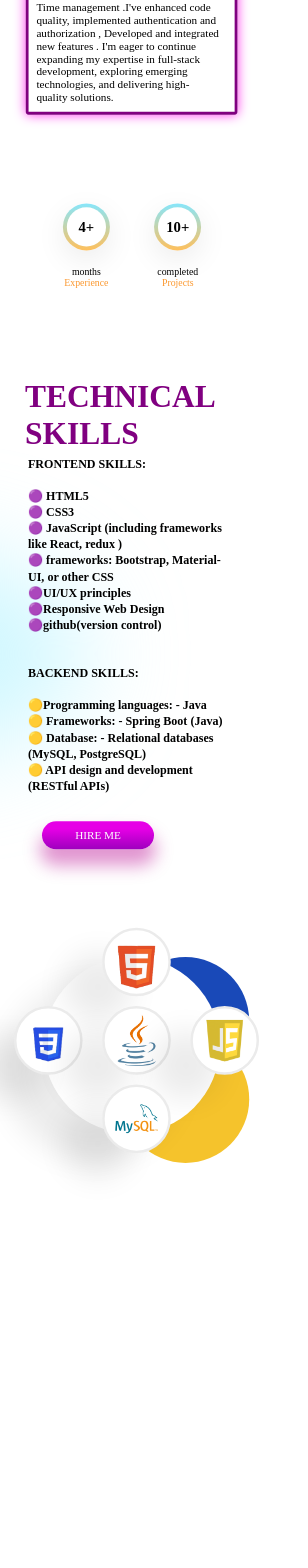
Repository: glorysandy/Protfolio
Page: /
An editor plug-in stored every save of this project. The page is shown before and after a run of saves, followed by the edit.
The browser window is 375 px wide. The page is 440 px wide, so the pictures cover 440 px, including what lies to the right of the window. The pictures show the part of the page from y = 1916 to 4156 px (the page is 7463 px tall before and 7423 px after), at 70% of full size.
Some web fonts or font styles are not loaded; a fallback is used. The project was rebuilt for these pictures with package versions that can differ from the ones it lists, and the page was loaded fresh each time. Imported but missing from the stored project, and not drawn on this page: src/components/Services/SANDHIYA.P (RESUME).pdf.

Above is the page before, as saved 2024-10-17 16:13:39.

### public/index.html
<!DOCTYPE html>
<html lang="en">
  <head>
    <meta charset="utf-8" />
    <link rel="icon" href="%PUBLIC_URL%/favicon.ico" />
    <meta name="viewport" content="width=device-width, initial-scale=1" />
    <meta name="theme-color" content="#000000" />
    <meta
      name="description"
      content="Web site created using create-react-app"
    />
    <style>
      @font-face{
        font-family: Gumela;
        src:url('../src/fonts/*');
      }
      *{
        font-family: 'Gumela';
        font-weight:normal ;
        font-size: 20px;

      }
      body{
        margin: 0;
      }
    </style>
    <link rel="apple-touch-icon" href="%PUBLIC_URL%/logo192.png" />
    <!--
      manifest.json provides metadata used when your web app is installed on a
      user's mobile device or desktop. See https://developers.google.com/web/fundamentals/web-app-manifest/
    -->
    <link rel="manifest" href="%PUBLIC_URL%/manifest.json" />
    <!--
      Notice the use of %PUBLIC_URL% in the tags above.
      It will be replaced with the URL of the `public` folder during the build.
      Only files inside the `public` folder can be referenced from the HTML.

      Unlike "/favicon.ico" or "favicon.ico", "%PUBLIC_URL%/favicon.ico" will
      work correctly both with client-side routing and a non-root public URL.
      Learn how to configure a non-root public URL by running `npm run build`.
    -->
    <title>React App</title>
  </head>
  <body>
    <noscript>You need to enable JavaScript to run this app.</noscript>
    <div id="root"></div>
    <!--
      This HTML file is a template.
      If you open it directly in the browser, you will see an empty page.

      You can add webfonts, meta tags, or analytics to this file.
      The build step will place the bundled scripts into the <body> tag.

      To begin the development, run `npm start` or `yarn start`.
      To create a production bundle, use `npm run build` or `yarn build`.
    -->
  </body>
</html>

### src/components/Navbar/Navbar.jsx
import React from "react";
import Toggle from "../Toggle/Toggle";
import "./Navbar.css";
import { Link } from "react-scroll";
const navbar = () => {
  return (
    <div className="n-wrapper" id="Navbar">
      {/* left */}
      <div className="n-left">
        <div className="n-name">MODE</div>
        <Toggle />
      </div>
      {/* right */}
      <div className="n-right">
        <div className="n-list">
          <ul style={{ listStyleType: "none" }}>
            <li>
              <Link activeClass="active" to="Navbar" spy={true} smooth={true}>
                HOME
              </Link>
            </li>
            <li>
              <Link to="testimonial" spy={true} smooth={true}>
                ABOUT
              </Link>
            </li>
            <li>
              <Link to="works" spy={true} smooth={true}>
                SKILLS
              </Link>
            </li>
            <li>
              <Link to="portfolio" spy={true} smooth={true}>
                PROJECTS
              </Link>
            </li>
            <li>
              <Link to=" services" spy={true} smooth={true}>
                RESUME
              </Link>
            </li>
          </ul>
        </div>
        <Link to="contact" spy={true} smooth={true}>
        <button className="button n-button">CONTACT</button>
        </Link>
      </div>
    </div>
  );
};

export default navbar;

### src/components/Testimonials/Testimonial.jsx
import React from "react";
import "./Testimonial.css";
import back from  "../../img/Hand coding-rafiki.png";
import { width } from "@fortawesome/free-brands-svg-icons/fa42Group";
const Testimonial = () => {

  return (
    <div className="t-wrapper" id="testimonial">
      <div className="t-heading" style={{marginLeft:"95vh" ,marginTop:"35vh"}}>
        <span>ABOUT </span>
        <span>ME </span>
      <div className="blur t-blur1" style={{ background: "var(--purple)" }}></div>
      <div className="blur t-blur2" style={{ background: "skyblue" }}></div>
      <div className="blur t-blur3" style={{ background: "voilet" }}></div>
       <div className="t-back"  >
       <img
          src={back}
          alt=""
        />
</div> <div className="t-sen" style={{fontSize:"1.6rem",fontWeight: "7rem",  position: "absolute", marginTop: "-100vh" ,marginLeft: "-48px",marginRight: "18px"
}}> <span>As a Full Stack Developer with 4 months of experience, I've   successfully completed 10+ projects , leveraging Front-end:  HTML/CSS (structure, styling), JavaScript , React (frameworks) ,Bootstrap, Material-UI (UI libraries), Responsive web design, Git (version control)
, Back-end:java (programming language),Database management ( MySQL). I've developed my soft skills like Team collaboration , Adaptability, Time management .I've enhanced code quality, implemented authentication   and authorization
,  Developed and integrated new features
. I'm eager to continue expanding my expertise in full-stack development, exploring emerging technologies, and delivering high-quality solutions.</span></div> </div>

<div className="head"> <span> ABOUT ME</span></div>

    <div className="dup">
    <span>As a Full Stack Developer with 4 months of experience, I've   successfully completed 10+ projects , leveraging Front-end:  HTML/CSS (structure, styling), JavaScript , React (frameworks) ,Bootstrap, Material-UI (UI libraries), Responsive web design, Git (version control)
, Back-end:java (programming language),Database management ( MySQL). I've developed my soft skills like Team collaboration , Adaptability, Time management .I've enhanced code quality, implemented authentication   and authorization
,  Developed and integrated new features
. I'm eager to continue expanding my expertise in full-stack development, exploring emerging technologies, and delivering high-quality solutions.</span>


      </div>

       </div>

  );
};

export default Testimonial;

### src/components/Experience/Experience.jsx
import React, { useContext } from "react";
import { themeContext } from "../../Context";
import "./Experience.css";
const Experience = () => {
  const theme = useContext(themeContext);
  const darkMode = theme.state.darkMode;

  return (
    <div className="experience" id='experience'>
      <div className="achievement">
        {/* darkMode */}
        <div className="circle" style={{color: darkMode?'var(--orange)':''}}>4+</div>
        <span  style={{color: darkMode?'white':''}}>months </span>
        <span>Experience</span>
      </div>
      <div className="achievement">
        <div className="circle" style={{color: darkMode?'var(--orange)':''}}>10+</div>
        <span  style={{color: darkMode?'white':''}}>completed </span>
        <span>Projects</span>
      </div>
    </div>
  );
};

export default Experience;

### src/components/Portfolio/Portfolio.jsx
import React, { useContext } from "react";
import "./Portfolio.css";
import { Swiper, SwiperSlide } from "swiper/react"
import "swiper/css";
import pro from "../../img/pro 1 copy.jpg";
import pro2 from "../../img/pro2.jpg";
import HOC from "../../img/hoc.png";
import pro3 from "../../img/pro3.jpg";
import { themeContext } from "../../Context";

const Portfolio = () => {
  const theme = useContext(themeContext);
  const config ={
    social:{
      pro1:'https://project-1-nerolac.vercel.app/',
      pro2:'https://rock-paper-scissors-phi-puce.vercel.app/',
      pro3:'https://sliding-puzzle-jade.vercel.app/',
    }
}

  const darkMode = theme.state.darkMode;
  return (
    <div className="portfolio" id="portfolio">
            <div className="blur t-blur2" style={{ background: "skyblue" }}></div>
      <div className="blur t-blur2" style={{ background: "voilet" }}></div>

      {/* heading */}
      <span style={{color: darkMode?'white': ''}}>Recent Projects</span>
      <span>Portfolio</span>



      {/* slider */}
      <Swiper
        spaceBetween={30}
        slidesPerView={3}
        grabCursor={true}
        className="portfolio-slider"
      ><div className="silde">


        <SwiperSlide>
          <div >
       <a href={config.social.pro1}  ><img src={pro} alt="" /></a>
          </div>
        </SwiperSlide>
        <SwiperSlide>
          <div>
          <a href={config.social.pro2}  ><img src={pro2} alt="" /></a>
          </div>
        </SwiperSlide>
        <SwiperSlide>
        <div>
        <a href={config.social.pro3}  ><img src={pro3} alt="" /></a>
        </div>
        </SwiperSlide>
        <SwiperSlide>
          <div>

          </div>
          <img src={HOC} alt="" />
        </SwiperSlide></div>
      </Swiper>

    </div>
  );
};

export default Portfolio;

### src/components/Contact/Contact.jsx
import React, { useContext, useRef, useState } from "react";
import "./Contact.css";
import emailjs from '@emailjs/browser';
import { themeContext } from "../../Context";

const Contact = () => {
  const theme = useContext(themeContext);
  const darkMode = theme.state.darkMode;
  const form = useRef();
  const [done, setDone] = useState(false)
  const sendEmail = (e) => {
    e.preventDefault();

    emailjs
      .sendForm(
        "service_y60teja",
        "template_4kj4n7i",
        form.current,
        "ORKOyUiaYznGkr2zZ"
      )
      .then(
        (result) => {
          console.log(result.text);
          setDone(true);


        },
        (error) => {
          console.log(error.text);
        }
      );
  };

  return (
    <div className="contact-form" id="contact">
      {/* left side copy and paste from work section */}

      <div className="w-left">
        <div className="awesome">
          {/* darkMode */}
          <span style={{color: darkMode?'white': ''}}>Get in Touch</span>
          <span style={{color:"purple"}}>Contact me</span>
          <div
            className="blur s-blur1"
            style={{ background: "#ABF1FF94" }}
          ></div>
        </div>
      </div>
      {/* right side form */}
      <div className="c-right">
      <form ref={form}  onSubmit={sendEmail}>
          <input type="text" name="user_name" className="user"  placeholder="NAME"/>
          <input type="email" name="user_email" className="user" placeholder="EMAIL"/>
          <textarea name="message" className="user" placeholder="MESSAGE"/>
          <input  type="submit" value="Send" className="button"/>
          <span  className="c-t">{done && "Thanks for Contacting me"}</span>  </form>
          <div
            className="blur c-blur1"
            style={{ background: "var(--purple)" }}
          ></div>


      </div>
      </div>

  );
};

export default Contact;

### src/components/Footer/Footer.jsx
import React from "react";
import "./Footer.css";
import Git from "../../img/git3.png";
import ins from "../../img/mylink.png";
import end from "../../img/end.png";
import wave2 from "../../img/AdobeStock_559187959 copy.png";
import { width } from "@fortawesome/free-brands-svg-icons/fa42Group";
const Footer = () => {

  const config ={
    social:{
      Github:'https://github.com/glorysandy',
      LinkedIn:'https://www.linkedin.com/in/sandhiya-parasuraman-822719298/',

    }
}


  return (
    <div className="footer">
     <img src={wave2} alt="" style={{ width: "100%", height: "80%",  marginTop:"-2vh"}} />

     <div className="blur t-blur1" style={{ background: "var(--purple)" }}></div>
      <div className="blur t-blur2" style={{ background: "var(--purple)" }}></div>
      <div className="f-content"  >
        <div>        <span > EMAIL ID: samuve0842@gmail.com</span> <br></br> <br></br> <br></br>
        <span>PHONE NO: 9043545860</span>
        </div>
        <div className="f-back"  >
       <img
          src={end}
          alt=""
        />
        </div>

        <div className="f-icons" >

          <a href={config.social.LinkedIn} ><img src={ins} alt="" /></a>
          <a href={config.social.Github}><img src={Git} alt=""/></a>
        </div>

      </div>
      </div>
  );
};

export default Footer;

### src/components/Toggle/Toggle.jsx
import React, { useContext } from "react";
import "./Toggle.css";
import Moon from "@iconscout/react-unicons/icons/uil-moon";
import Sun from "@iconscout/react-unicons/icons/uil-sun";
import { themeContext } from "../../Context";

const Toggle = () => {
  const theme = useContext(themeContext);
  const darkMode = theme.state.darkMode;
  const handleClick = () => {
    // debugger
    theme.dispatch({ type: "toggle" });
  };
  return (
    <div className="toggle" onClick={handleClick}>
      <Moon />
      <Sun />
      {/*                              toggle.css mein left ki property aik assign hy ussy delete
                                          krna hy pehly */}
      <div
        className="t-button"
        style={darkMode ? { left: "2px" } : { right: "2px" }}
      ></div>
    </div>
  );
};

export default Toggle;

### src/components/Navbar/Navbar.css
.n-wrapper {
  height: 10vh;
  display: flex;
  justify-content: space-between;
  margin-bottom: 2rem;
  top: 0;
}
.n-left {
  flex: 1;
  align-items: center;
  justify-content: left;
  display: flex;
  gap: 2rem;

}
.n-name {
  font-size: 1.3rem;
  font-weight: bold;
}
.n-right {
  flex: 1;
  display: flex;
  align-items: center;
  justify-content: flex-end;
  font-weight: 400;

}
.n-right :hover{
  color: rgb(165, 0, 137);


}
.n-list {
  flex: 10;
}
.n-list > ul {
  display: flex;
  gap: 2rem;
  margin-right: 4rem;
}

.n-list > ul :hover {
  color: var(--orange);
  cursor: pointer;


}

.n-button {
  flex: 2;

}

@media screen and (max-width: 480px) {
  .n-list {
    display: none;
  }
}

### src/components/Intro/Intro.css
.Intro {
  display: flex;
  height: 77vh;
  margin-top: 6rem;
}

/* left side styling */
.i-left {
  display: flex;
  position: relative;
  flex: 1;
  flex-direction: column;
  gap: 2rem;
}
.i-name {
  display: flex;
  flex-direction: column;
  gap: 0.25rem;
}
.i-name > :nth-child(1) {
  color: rgb(243, 188, 6);
  font-weight: bold;
  font-size: 3rem;
}
.i-name > :nth-child(2) {
  color: rgb(136, 7, 136);

  font-weight: bold;
  font-size: 2.9rem;
}
.i-name > :nth-child(3) {
  font-weight: 100;
  font-size: 17px;
  color: var(--gray);
  margin-top: 10px;
}
.i-button {
  width: 6rem;
  height: 2rem;

}
.i-button:hover{
  color: rgb(121, 1, 101);
  background-color: rgb(226, 80, 255);
  box-shadow: 0 0 20px rgb(255, 53, 238);

}
.i-icons {
  margin-top: 3rem;
  display: flex;
  gap: 0rem;
}
.i-icons > * {
  transform: scale(0.5);
}
.i-icons > *:hover {
  cursor: pointer;
  color: rgb(121, 1, 101);
  background-color: rgb(226, 80, 255);
  box-shadow: 0 0 20px rgb(255, 53, 238);


}
/* right side styling */
.i-right {
  flex: 1;
  position: relative;
}
.i-right > * {
  position: absolute;
  z-index: 1;
}
.i-right > :nth-child(1) {
  transform: scale(0.69);
  left: -15%;
  top: -9%;
}
.i-right > :nth-child(2) {
  top: -4.6rem;
  transform: scale(0.67);
  left: -3rem;
}
.i-right > :nth-child(3) {
  transform: scale(1.4);
  width: 18rem;
  height: 18rem;
  left: 28%;
}
.i-right > :nth-child(4) {
  transform: scale(0.62);
  top: -19%;
  left: -24%;
  border-radius: 50%;
  padding: 0;
}

/* blur */
.blur {
  position: absolute;
  width: 22rem;
  height: 14rem;
  border-radius: 50%;
  background: #edd0ff;
  filter: blur(212px);
  z-index: -9;
  top: -18%;
  left: 56%;
  filter: blur(72px);
}

@media screen and (max-width: 480px) {
  .Intro {
    flex-direction: column;
    gap: 7rem;
    height: 43rem;
  }

  .i-right {
    transform: scale(0.8);
    left: -3rem;
  }
  .i-right .blur {
    display: none;
  }
  .floating-div:nth-of-type(1){
    /* display: none; */
    top: -7rem !important;;
  }
}

### src/components/Testimonials/Testimonial.css
.t-wrapper{
    padding:  0 3rem 0 3rem;;
    height: 100vh;
    display: flex;
    align-items: center;
    justify-content: center;
    margin-top: 7rem;
    flex-direction: column;
    gap: 2rem;
    position: relative;


}
.t-heading{
    align-self: start;

}
.t-heading>*{
    font-size: 2rem;
    font-weight: bold;

}
.t-heading span:nth-of-type(2){
    color: rgba(170, 0, 170, 0.733);
}
.head{
    margin-left: -90vh;
    margin-top: -1rem;
    font-size: 20vh;
    color: purple;
    font-weight: bold;
    display: none;
}
.t-blur1{
    left: 38rem;
    top: 16rem;
}
.t-blur2{
    top: 9rem;
    left: 0;
}
.t-back{
    display: flex;
    position: relative;
    width: 35rem;
    height:35rem;
    left:-115vh;
    top:-3rem;
}
.t-sen{
font-size:1.6rem;
}
.t-sen:hover{
cursor: pointer;
color: rgb(121, 1, 101);
box-shadow: 0 0 20px rgb(255, 53, 238);
padding: 0.7rem;
border-radius: 5px;
}
.dup{
    display: none;

}
.dup{
    cursor: pointer;
    color: rgb(121, 1, 101);
    box-shadow: 0 0 20px rgb(255, 53, 238);
    padding: 0.7rem;
    border-radius: 5px;

}
@media screen and (max-width: 480px) {

    .t-back{
        flex-direction: column;
        transform: scale(0.6);
        margin-left:  -115px;
        gap:5rem;
        height: 64rem;
        margin-top: -70vh;
        position: relative;
        display: none;
    }
    .head{
        margin-top: 2rem;
        padding: 1rem;
        display: flex;
        margin-left: -20px;
    font-size: 20rem;
    font-weight: bolder;
    }
    .dup  {

        display: flex;
        margin-top: 1px;
        transform: scale(0.8);
        border: 5px solid purple;
        color: black;
        width: 340px;
        justify-content: start;
    }
    .c-t{
        transform: scale(0.7);
        margin-top: -2rem;
    }
}

### src/components/Experience/Experience.css
.experience {
  display: flex;
  align-items: center;
  justify-content: center;
  gap: 5rem;
  height: 30vh;
  margin-bottom: 8rem;
  /* darkmode */
  color: var(--black);
  margin-top: 15vh;
}
.achievement{
    display: flex;
    flex-direction: column;
    align-items: center;
}
.circle {

    width: 4rem;
    height: 4rem;
    background: white;
    border-radius: 100%;
    position: relative;
    display: flex;
    align-items: center;
    justify-content: center;
    font-size: 1.5rem;
    font-weight: bold;
    margin-bottom: 2rem;
}
.circle::before {
    border-radius: 100%;
    content: '';
    background-image: linear-gradient(to bottom, #87e6fb 0%, #ffc05c 100%);
    top: -8px;
    left: -8px;
    bottom: -8px;
    right: -8px;
    position: absolute;
    z-index:-1;
    box-shadow: var(--boxShadow);
}

.achievement span:nth-of-type(2){
    color: var(--orange);
}


@media screen and (max-width: 480px) {
    .experience{
        transform: scale(0.7);
        margin-top: 7rem;
    }
}

### src/components/Works/Works.css
.works {
  padding: 0 3rem 0 3rem;
  display: flex;
  height: 90vh;
  margin-top: -3rem;

  /* scroll */
  align-items: center;
}
/* left side */
.awesome {
  display: flex;
  flex-direction: column;
  position: relative;
}
.tex:hover{
cursor: pointer;
color: rgb(121, 1, 101);
box-shadow: 0 0 20px rgba(255, 147, 246, 0.89);
background-color: rgba(204, 0, 245, 0.068);
padding: 2.2rem;
}
.k-button {

  width: 8rem;
  height: 2rem;
  top: 4rem;
}

/* right side */
.w-right {
  position: relative;
}

.w-mainCircle {
  left: 9rem;
  position: relative;
  width: 18rem;
  height: 18rem;
  border-radius: 100%;
  box-shadow: var(--smboxShadow);
  top: 2rem;
  background: white;
  /* darkMode */
  z-index: 2;
}
.w-mainCircle > * {
  position: absolute;
}
.w-mainCircle > :nth-child(1) {
  top: -3rem;
  left: 6rem;
}
.w-mainCircle > :nth-child(2) {
  left: -3rem;
  top: 5rem;
}
.w-mainCircle > :nth-child(3) {
  left: 6rem;
  top: 5rem;
}
.w-mainCircle > :nth-child(4) {
  left: 15rem;
  top: 5rem;
}
.w-mainCircle > :nth-child(5) {
  left: 6rem;
  top: 13rem;
}
.w-secCircle {
  width: 6.5rem;
  height: 6.5rem;
  position: absolute;
  border-radius: 100%;
  border: 5px solid #ebebeb;
  display: flex;
  align-items: center;
  justify-content: center;
  background: "none";
  box-shadow: var(--smboxShadow);
  background: white;
}

.w-secCircle > img {
  transform: scale(0.6);
}

.w-backCircle {
  position: absolute;
  height: 13rem;
  width: 13rem;
  border-radius: 100%;
  /* darkMode */
  z-index: 1;
}
.blueCircle {
  background: #1949b8;
  left: 18rem;
  top: 0rem;
}
.yellowCircle {
  background: #f5c32c;
  left: 18rem;
  top: 8rem;
}

@media screen and (max-width: 480px) {
  .works {
    flex-direction: column;
  height: 220vh;
    padding: 1rem;
    gap: 5rem;
    position: relative
    ;
    margin-top: -6rem;
  }
  .awesome > :nth-child(2){
    position: relative;
    transform: scale(0.9);

    margin-left: -20px;
  }
 .awesome > :nth-child(3){

  transform: scale(1.0);
font-size: 0.5rem;
display: contents;
margin-left: 5rem;

}
.k-button{
  gap: 1rem;
  margin-top: 2vh;
  margin-left: 1rem;
}
  .w-right {
    display: flex;
    align-items: flex-start;
    justify-content:start;
    transform: scale(0.7);

  }
  .w-mainCircle{
    position: static;
  }
  .w-backCircle{
    left: 8rem!important;
  }

}

### src/components/Portfolio/Portfolio.css
.portfolio {
  display: flex;
  align-items: center;
  justify-content: center;
  flex-direction: column;
  height: 70vh;
margin-top: 3rem;;
}
/* heading */
.portfolio span:nth-of-type(1) {
  color: var(--black);
  font-size: 2rem;
  font-weight: bold;
}

.portfolio span:nth-of-type(2) {
  color: purple;
  font-size: 2.5rem;
  font-weight: bold;
}

/* slider */
.portfolio .swiper{
    overflow: visible!important;
}

.portfolio-slider {
  margin-top: 6rem;
  width: 100%;
}

.portfolio-slider .swiper-slide {
  width: 20rem;
}
.portfolio img {
  width: 19rem;
  filter: drop-shadow(-12px 15px 13px rgba(0, 0, 0, 0.25));
  border-radius: 19px;
}
.slide{
  cursor: pointer;
  background-color: rgb(1, 12, 22);
}
.s-blur2 {
  left: 14rem;
  top: 8rem;
}

.s-blur1 {
  top: 13rem;
  left: -18rem;
}

### src/components/Services/Services.css
.services {
  padding: 0 3rem 0 3rem;
  display: flex;
  height: 30rem;
  margin-bottom: 8rem;
  margin-top: 5rem;
  margin-bottom: 13rem;
  /* scroll view */
  padding-top: 3rem;
}
/* left side */
.awesome {
  display: flex;
  flex-direction: column;
  position: relative;
  /* gap: 20px; */
}

.awesome > :nth-child(1) {
  color: var(--black);
  font-size: 2.5rem;
  font-weight: bold;
}
.awesome > :nth-child(2) {
  color: purple;
  font-size: 2.5rem;
  font-weight: bold;
}
.awesome > :nth-child(3) {
  color: var(--gray);
  font-size: 14px;
  margin-top: 1rem;
}
.s-back{
  display: flex;
  position: relative;
  height: 80vh;
  width: 80vh;
  margin-left: -130px;
  margin-top: -3rem;
}

.s-button {
  width: 10rem;
  height: 2.4rem;
  margin-top: -0.3rem;
font-weight: 600;
}
/* right sided */
.cards {
  position: relative;
  left: 32vh;
}
.cards > * {
  position: absolute;
}

/* blur */
.s-blur2 {
  left: 14rem;
  top: 8rem;
}

.s-blur1 {
  top: 13rem;
  left: -18rem;
}

@media screen and (max-width: 480px) {
  .services {
    margin-top: 4rem;
    flex-direction: column;
    gap: 5rem;
    height: 66rem;
    padding: 2px;
  }
.s-back{
  transform: scale(0.8);
  padding: 1rem;
}
  .cards {
    display: flex;
    flex-direction: column;
    gap: 17rem;
  }
  .cards > * {
    position: static;
  }
  .s-button{
    justify-content: center;
    margin-left: 4rem;
  }
}

### src/components/Contact/Contact.css
.contact-form{
    padding: 0 3rem 0 3rem;
    display: flex;
    height: 80vh;
    margin-top: 1rem;
      /* scroll */
  padding-top: 3rem;
}


.c-right{
    display: flex;
    justify-content: center;
    position: relative;
    flex: 1;
}

.c-right>form
{
    display: flex;
    flex-direction: column;
    gap: 2rem;
    align-items: center;

}

.c-right .user{
    width: 20rem;
    height: 2rem;
    padding: 0.3em;
    outline: none;
    border: 4px solid purple;
    border-radius: 8px;
    font-size: 16px;

}

.user:hover{
    border: 4px solid purple ;
    background-color: rgb(245, 194, 255);
    box-shadow: 0 0 20px rgb(255, 170, 248);
cursor: pointer;
}
textarea{
    height: 4rem!important;
}

.c-blur1{
    top: 1rem;
    left: 8rem;
}

@media screen and (max-width: 480px) {
    .contact-form{
        padding: 1rem;
        flex-direction: column;
        gap: 5rem;
        height: 40rem;
        margin-top: 20rem;
    }
    .c-right .user{
        width: 16rem;

    }

}   .c-right .button{
    position: static;
}

### src/components/Footer/Footer.css
.footer {
  display: flex;
  align-items: center;
  margin: -0.5rem -3.5rem;
  position: relative;
  margin-top: -7rem;

}

.f-content {
  position: absolute;
  display: flex;
  align-items: center;
  justify-content: center;
  flex-direction: column;
  width: 100%;
  margin-top: 2rem;
  gap: 4rem;
  color: rgb(143, 0, 143);
  font-weight: 700;
  font-size: 10rem;
}
.f-ip{
  display: flex;
  position: relative;
  width: 5rem;
  height:5rem;

}
.f-icons {
  display: flex;
  gap: 2rem;
  margin-top: -3rem;
  margin-left: -60px;
}
.f-icons:hover{
color:rgb(254, 255, 176);
cursor: pointer;
}
.f-back{
  position: absolute;
  margin-left: -120vh;
  margin-top: -6rem;
}
@media screen and (max-width: 480px){
  .footer{
    margin-top: -8rem;
  }
  .f-content{
    transform: scale(.5);
    margin-left: 20px;
    margin-top: -0.5rem;


  }
  .f-back{
    transform: scale(0.65);
   margin-left: -570px;
  }
}

### src/components/Toggle/Toggle.css
.toggle{
    display: flex;
    justify-content:space-between;
    border: 3px solid var(--purple);
    border-radius: 1rem;
    position: relative;
    padding: 2px;
    cursor: pointer;

}
.toggle>*{
    width: 1rem;
    height: 1rem;
    color: purple;
}
.t-button{
    border-radius: 100%;
    background: var(--purple );
    position: absolute;
}
.t-button:hover{
    background: linear-gradient(180deg, #e600e6 26.71%, #9f00be 99.36%);
    box-shadow: 0px 20px 24px 3px rgba(184, 0, 144, 0.42);

}

### src/components/Card/Card.css
.card {
  width: 10rem;
  height: 13rem;
  position: absolute;
  display: flex;
  flex-direction: column;
  gap: 1rem;
  align-items: center;
  width: 10rem;
  text-align: center;
  background: rgba(255, 255, 255, 0.26);
  border: 8px solid rgba(150, 0, 150, 0.815);
  box-shadow: var(--boxShadow);
  border-radius: 20px;
  padding: 0px 26px 2rem 26px;
}
.card span:nth-of-type(2) {
  color: var(--gray);
  font-size: 16px;
}
.card > img {
  transform: scale(0.6);
  margin-bottom: -2rem;
}
.c-button {
    background: #FFFFFF;
    box-shadow: 0px 19px 60px rgba(0, 0, 0, 0.08);
    border-radius: 7px;
    border: none;
    padding: 10px;
    font-size: 16px;
    color: #5290FD;
}

.c-button:hover{
    transform: scale(1.1);
    cursor: pointer;
}
/* cards */




@media screen and (max-width: 480px){
  .card{
    width: 240px;
    margin-left: -140px;
    justify-content: center;
    padding: 1 rem;
  }
}

Loaded but not shown: src/index.js (common file); src/App.js (common file); src/Context.js (common file); src/App.css (common file); src/components/FloatingDiv/FloatingDiv.jsx (common file); src/components/Card/Card.jsx (common file); src/components/FloatingDiv/FloatingDiv.css (common file); src/components/Intro/Intro.jsx (109 lines, source omitted); src/components/Works/Works.jsx (95 lines, source omitted); src/components/Services/Services.jsx (95 lines, source omitted)

After the next 2 saves:
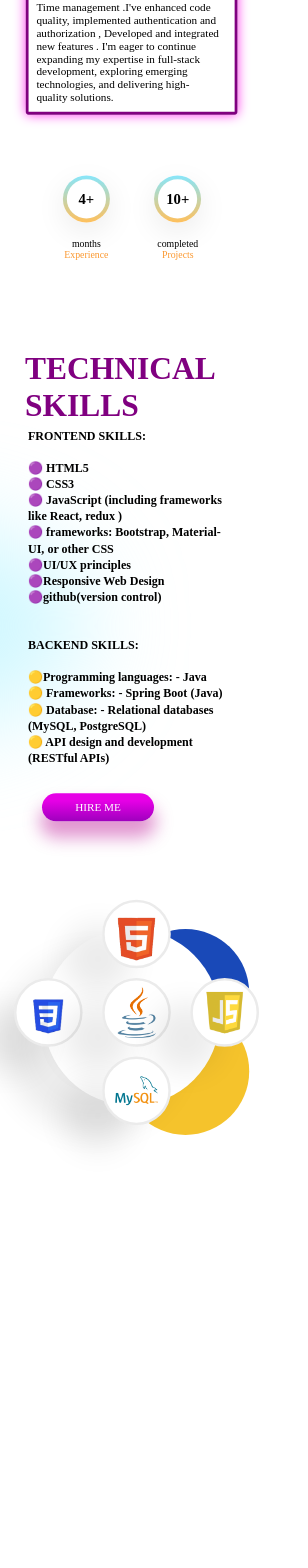
The 2 saves are shown as one change because they came seconds apart.
The last was saved 35 s later.
--- a/src/components/Experience/Experience.css
+++ b/src/components/Experience/Experience.css
@@ -49,6 +49,6 @@
 @media screen and (max-width: 480px) {
     .experience{
         transform: scale(0.7);
-        margin-top: 7rem;
+        margin-top: 5rem;
     }
 }
